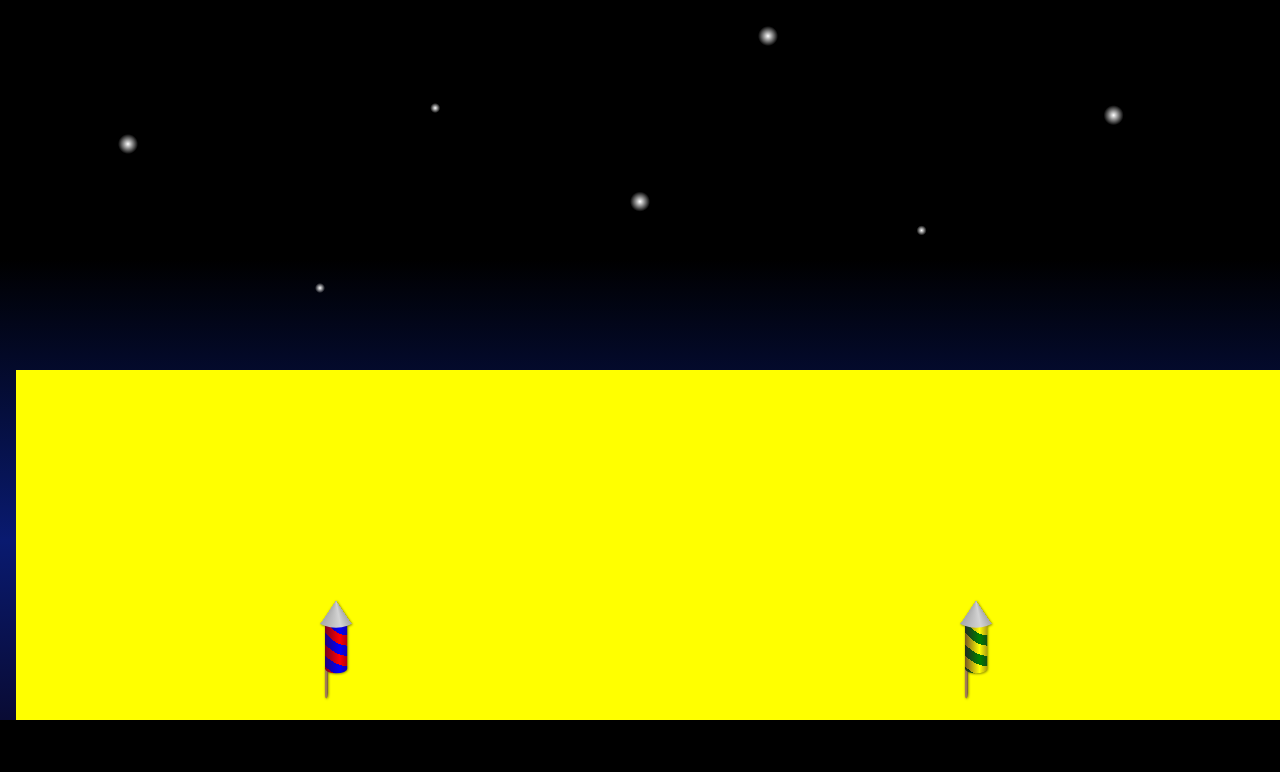
Repository: juliandecloe/CSS-To-The-Rescue---Julian-de-Cloe
Page: index.html
The author's editor kept a copy of each file at every save. The page is drawn from the files as they stood at one save, then again after the next save.
The browser window is 1280 px wide. The pictures show the whole page.

Above is the page before, as saved 2022-03-10 14:53:16.

### index.html
<!DOCTYPE html>
<html lang="en">
	<head>
		<meta charset="UTF-8">
		<meta name="viewport" content="width=device-width, initial-scale=1.0">
		<title>The Anticlimax Fireworkshow!</title>
		<link rel="stylesheet" href="style.css">
	</head>
	<body>
		<input id="left" type="checkbox">
		<input id="right" type="checkbox">

		<main>
			<section>
				<label for="left">
					<figure></figure>
					<figure></figure>
					<figure></figure>
				</label>
				<ul>
					<li>
						<ul>
							<li></li>
							<li></li>
							<li></li>
							<li></li>
							<li></li>
						</ul>
					</li>
					<li>
						<ul>
							<li></li>
							<li></li>
							<li></li>
							<li></li>
							<li></li>
						</ul>
					</li>
					<li>
						<ul>
							<li></li>
							<li></li>
							<li></li>
							<li></li>
							<li></li>
						</ul>
					</li>
					<li>
						<ul>
							<li></li>
							<li></li>
							<li></li>
							<li></li>
							<li></li>
						</ul>
					</li>
					<li>
						<ul>
							<li></li>
							<li></li>
							<li></li>
							<li></li>
							<li></li>
						</ul>
					</li>
					<li>
						<ul>
							<li></li>
							<li></li>
							<li></li>
							<li></li>
							<li></li>
						</ul>
					</li>
					<li>
						<ul>
							<li></li>
							<li></li>
							<li></li>
							<li></li>
							<li></li>
						</ul>
					</li>
					<li>
						<ul>
							<li></li>
							<li></li>
							<li></li>
							<li></li>
							<li></li>
						</ul>
					</li>
					<li>
						<ul>
							<li></li>
							<li></li>
							<li></li>
							<li></li>
							<li></li>
						</ul>
					</li>
					<li>
						<ul>
							<li></li>
							<li></li>
							<li></li>
							<li></li>
							<li></li>
						</ul>
					</li>
					<li>
						<ul>
							<li></li>
							<li></li>
							<li></li>
							<li></li>
							<li></li>
						</ul>
					</li>
					<li>
						<ul>
							<li></li>
							<li></li>
							<li></li>
							<li></li>
							<li></li>
						</ul>
					</li>
				</ul>
			</section>
			<section>
				<label for="right">
					<figure></figure>
					<figure></figure>
					<figure></figure>
				</label>
				<ul>
					<li>
						<ul>
							<li></li>
							<li></li>
							<li></li>
							<li></li>
							<li></li>
						</ul>
					</li>
					<li>
						<ul>
							<li></li>
							<li></li>
							<li></li>
							<li></li>
							<li></li>
						</ul>
					</li>
					<li>
						<ul>
							<li></li>
							<li></li>
							<li></li>
							<li></li>
							<li></li>
						</ul>
					</li>
					<li>
						<ul>
							<li></li>
							<li></li>
							<li></li>
							<li></li>
							<li></li>
						</ul>
					</li>
					<li>
						<ul>
							<li></li>
							<li></li>
							<li></li>
							<li></li>
							<li></li>
						</ul>
					</li>
					<li>
						<ul>
							<li></li>
							<li></li>
							<li></li>
							<li></li>
							<li></li>
						</ul>
					</li>
					<li>
						<ul>
							<li></li>
							<li></li>
							<li></li>
							<li></li>
							<li></li>
						</ul>
					</li>
					<li>
						<ul>
							<li></li>
							<li></li>
							<li></li>
							<li></li>
							<li></li>
						</ul>
					</li>
					<li>
						<ul>
							<li></li>
							<li></li>
							<li></li>
							<li></li>
							<li></li>
						</ul>
					</li>
					<li>
						<ul>
							<li></li>
							<li></li>
							<li></li>
							<li></li>
							<li></li>
						</ul>
					</li>
					<li>
						<ul>
							<li></li>
							<li></li>
							<li></li>
							<li></li>
							<li></li>
						</ul>
					</li>
					<li>
						<ul>
							<li></li>
							<li></li>
							<li></li>
							<li></li>
							<li></li>
						</ul>
					</li>
				</ul>
			</section>
		</main>
	</body>
</html>

### style.css
/*========== GENERAL ==========*/

:root * {
	--hoekVar: calc(360deg / 12);
	--rotate: rotate(calc( var(--hoekVar) * var(--index) ));
	--hoekVar2: calc(360deg / 5);
	--rotate2: rotate(calc( var(--hoekVar2) * var(--index2) ));
	--star1: 5px;
	--star2: 3px;
}

@property --star1 {
	syntax: '<length>';
	inherits: false;
	initial-value: 0px;
}

@property --star2 {
	syntax: '<length>';
	inherits: false;
	initial-value: 0px;
}

* {
	padding: 0;
	margin: 0;
}

body, html {
	overflow: hidden;
}

html {
	background: linear-gradient(0deg, rgba(9,11,52,1) 0%, rgba(9,26,112,1) 25%, rgba(0,0,0,1) 64%, rgba(0,0,0,1) 100%);
}

@keyframes stars {
	0% {
		--star1: 5px;
	}
	100% {
		--star1: 10px;
	}
}

@keyframes stars2 {
	0% {
		--star2: 3px;
	}
	100% {
		--star2: 6px;
	}
}

body {
	background-position: center;
	background-image:
	radial-gradient(
		circle at
			10%
			20%,
		white,
		transparent var(--star1)
	),
	radial-gradient(
		circle at
			34%
			15%,
		white,
		transparent var(--star2)
	),
	radial-gradient(
		circle at
			50%
			60%,
		white,
		transparent var(--star2)
	),
	radial-gradient(
		circle at
			60%
			80%,
		white,
		transparent var(--star2)
	),
	radial-gradient(
		circle at
			25%
			40%,
		white,
		transparent var(--star2)
	),
	radial-gradient(
		circle at
			7%
			80%,
		white,
		transparent var(--star1)
	),
	radial-gradient(
		circle at
			87%
			16%,
		white,
		transparent var(--star1)
	),
	radial-gradient(
		circle at
			76%
			79%,
		white,
		transparent var(--star2)
	),
	radial-gradient(
		circle at
			90%
			90%,
		white,
		transparent var(--star1)
	),
	radial-gradient(
		circle at
			60%
			5%,
		white,
		transparent var(--star1)
	),
	radial-gradient(
		circle at
			72%
			32%,
		white,
		transparent var(--star2)
	),
	radial-gradient(
		circle at
			50%
			28%,
		white,
		transparent var(--star1)
	),
	radial-gradient(
		circle at
			37%
			80%,
		white,
		transparent var(--star1)
	),
	radial-gradient(
		circle at
			82%
			54%,
		white,
		transparent var(--star2)
	);
	animation:
	stars 1s linear alternate infinite,
	stars2 1.5s linear alternate infinite;
}

@media (prefers-reduced-motion) {
	body {
		animation-name: dissolve;
	}
}

main {
	display: flex;
	justify-content: center;
	align-items: end;
	width: 100vw;
	height: 100vh;
	padding-left: 1rem;
}

@media (max-width: 630px) {
	main {
		transform: scale(.5) translateY(50vh);
	}
}

section {
	display: grid;
	place-items: center;
	transition: 1s ease-out;
	width: 50vw;
}

input[type="checkbox"]:not(:checked) ~ main section {
	background: yellow;
	/* animation: reload 1s linear forwards; */
}

@keyframes reload {
	0% {
		visibility: hidden;
	}
	99% {
		visibility: hidden;
	}
	100% {
		visibility: visible;
	}
}

@media (max-width: 630px) {
	section {
		width: 80vw;
	}
}

input {
	display: none;
}


/*========== FIRE ROCKET ==========*/

/*===== GENERAL =====*/

label {
	transform: scale(.3) translateY(50vh);
	z-index: 5;
	height: 350px;
	width: 120px;
	filter: drop-shadow(2px 2px 4px rgb(0,0,0,0.5));
	transition: 1s;
	cursor: pointer;
	animation: 1s
}

@media (max-width: 630px) {
	label {
		transform: scale(.5);
	}
}

section label > figure:first-child {
	border-radius: 50%;
	position: absolute;
	left: calc(50% - 55px);
	width: 110px;
	height: 130px;
	z-index: 3;
	clip-path: ellipse(90% 70% at center top);
	background-image:
		conic-gradient(
		at center top,
		transparent 146deg,
		darkgray 146deg,
		lightgray 170deg,
		darkgray 214deg,
		transparent 214deg
	);
}

section label figure:nth-child(2) {
	position: absolute;
	top: 83px;
	left: calc(50% - 37.5px);
	width: 75px;
	height: 160px;
	z-index: 2;
	background-size: 100% 100%, 600% 600%;
	background-position:left top, 40% -30%;
	border-radius: 0 0 50% 50% / 0 0 1em 1em;
}

section label > figure:nth-child(3) {
	position: absolute;
	background: #BA8C63;
	top: 220px;
	left: calc(50% - 37.5px);
	width: 10px;
	height: 110px;
	z-index: 1;
	box-shadow: inset -2px 0 8px rgb(0,0,0,0.5);
	clip-path: ellipse(10px 95px at 50% 10%);
}


/*===== COLOR ARROWS =====*/

section:first-child label figure:nth-child(2) {
	background-image:
		linear-gradient(
			to right,
			#303a 0%,
			transparent 65%,
			#3036 100%
		),
		repeating-radial-gradient(
			red 0 1em,
			blue 1em 2em
	);
}

section:nth-child(2) label figure:nth-child(2) {
	background-image:
		linear-gradient(
			to right,
			#303a 0%,
			transparent 65%,
			#3036 100%
		),
		repeating-radial-gradient(
			green 0 1em,
			yellow 1em 2em
		);
}


/*========== FIRE WORK ==========*/

/*===== LAYER 1 =====*/

section > ul {
	list-style-type: none;
	position: absolute;
	width: 1rem;
	height: 1rem;
	display: grid;
	place-items: center;
	/* background-color: #ff4; */
}

main section > ul > li {
	position: absolute;
	top: 50%;
	width: 40%;
	height: 1200%;
	transform-origin: center top;
	transform: var(--rotate);
	transition: .3s ease-out;
	transition-delay: 1s;
	display: flex;
	/* background-color: #f004; */
}

section > ul > li::after {
	content: "";
	display: block;
	background-color: green;
	width: 100%;
	height: 50%;
	transition: .2s ease-out;
	transform-origin: center top;
	transform: scaleY(0);
	position: absolute;
}

/* Color */

section:first-child > ul > li::after {
	background-color: blue;
}

section:nth-child(2) > ul > li::after {
	background-color: green;
}


/*===== LAYER 2 =====*/

section > ul > li ul {
	list-style-type: none;
	position: relative;
	width: .5em;
	aspect-ratio: 1/1;
	align-self: end;
	display: grid;
	place-items: center;
	/* background-color: #f088; */
}

section:first-child > ul > li li {
	position: absolute;
	top: 50%;
	width: 25%;
	aspect-ratio: 1/8;
	background-color: #f00;
	transform-origin: center top;
	transform: var(--rotate2) scaleY(0);
	transition: .3s ease-out;
	transition-delay: 1.8s;
}

section:nth-child(2) > ul > li li {
	position: absolute;
	width: 30%;
	height: 1200%;
	background-color: yellow;
	transform-origin: center;
	transform: var(--rotate2) scaleY(1);
	transition: .5s ease-out;
	transition-delay: 1.5s;
	visibility: hidden;
}


/*========== INTERACTION ==========*/

/*===== GENERAL =====*/

section > ul > li:nth-of-type(1) { --index:1; }
section > ul > li:nth-of-type(2) { --index:2; }
section > ul > li:nth-of-type(3) { --index:3; }
section > ul > li:nth-of-type(4) { --index:4; }
section > ul > li:nth-of-type(5) { --index:5; }
section > ul > li:nth-of-type(6) { --index:6; }
section > ul > li:nth-of-type(7) { --index:7; }
section > ul > li:nth-of-type(8) { --index:8; }
section > ul > li:nth-of-type(9) { --index:9; }
section > ul > li:nth-of-type(10) { --index:10; }
section > ul > li:nth-of-type(11) { --index:11; }
section > ul > li:nth-of-type(12) { --index:12; }

ul > li li:nth-of-type(1) { --index2:1; }
ul > li li:nth-of-type(2) { --index2:2; }
ul > li li:nth-of-type(3) { --index2:3; }
ul > li li:nth-of-type(4) { --index2:4; }
ul > li li:nth-of-type(5) { --index2:5; }

/* Rocket */

input:first-child[type="checkbox"]:checked ~ main section:first-child, input:nth-child(2)[type="checkbox"]:checked ~ main section:nth-child(2) {
	transform: translateY(-50vh);
	background: none;
}

@media (max-width: 630px) {
	input:first-child[type="checkbox"]:checked ~ main section:first-child, input:nth-child(2)[type="checkbox"]:checked ~ main section:nth-child(2) {
		transform: translateY(-90vh);
	}
}

input:first-child[type="checkbox"]:checked ~ main section:first-child label, input:nth-child(2)[type="checkbox"]:checked ~ main section:nth-child(2) label {
	transform: scale(.5, .3);
	animation: explode 1s 1s ease-in forwards;
}

/* Explode 1 */

input:first-child[type="checkbox"]:checked ~ main section:first-child > ul, input:nth-child(2)[type="checkbox"]:checked ~ main section:nth-child(2) > ul {
	visibility: visible;
}

input:first-child[type="checkbox"]:checked ~ main section:first-child > ul > li, input:nth-child(2)[type="checkbox"]:checked ~ main section:nth-child(2) > ul > li {
	transform: var(--rotate) translateY(2em);

}

input:first-child[type="checkbox"]:checked ~ main section:first-child > ul > li::after, input:nth-child(2)[type="checkbox"]:checked ~ main section:nth-child(2) > ul > li::after {
	animation: after .3s 1s ease-out forwards;
}


/*===== ARROW 1 =====*/

input:first-child[type="checkbox"]:checked ~ main section:first-child > ul > li li {
	animation: lili .3s 1.5s ease-out forwards;
}


/*===== ARROW 2 =====*/

input:nth-child(2)[type="checkbox"]:checked ~ main section:nth-child(2) > ul > li li {
	visibility: visible;
	transform: var(--rotate1) scaleY(6) translateY(2em);
	opacity: 0;
}


/*========== ANIMATIONS ==========*/

@keyframes explode {
	0% {
		visibility: hidden;
	}
	99% {
		visibility: hidden;
	}
	100% {
		transform: translateY(65vh) scale(.3);
		visibility: visible;
	}
}

@keyframes after {
	0% {
		transform: scaleY(0);
	}
	33% {
		transform: scaleY(1) ;
	}
	67% {
		transform: translateY(100%) scaleY(1) ;
	}
	99% {
		transform: translateY(200%) scaleY(0) ;
	}
	100% {
		transform: translateY(0) scaleY(0) ;
	}
}

@keyframes lili {
	0% {
		transform: var(--rotate2) translateY(0) scaleY(0);
	}
	50% {
		transform: var(--rotate2) translateY(0) scaleY(3);
	}
	99% {
		transform: var(--rotate2) translateY(400%) scaleY(0);
	}
	100% {
		transform: var(--rotate2) translateY(0) scaleY(0);
	}
}

After the next save:
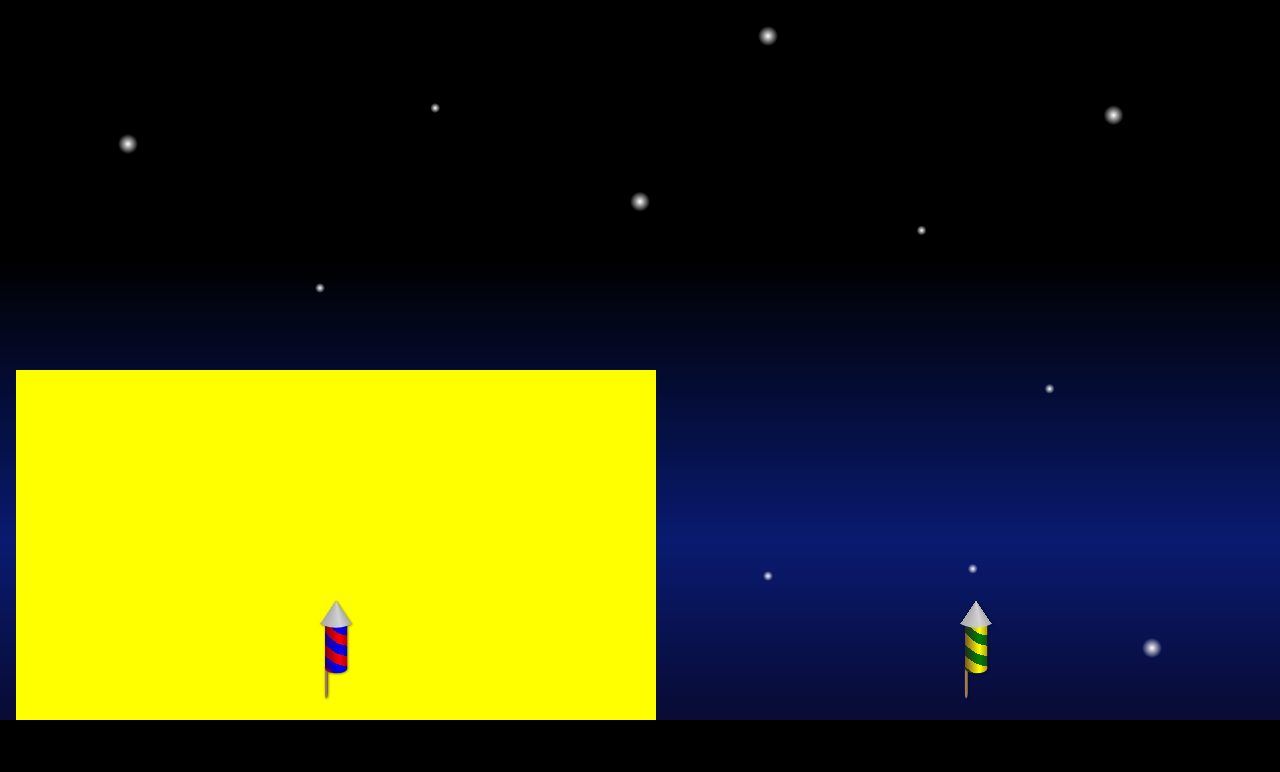
Saved 9 s later.
--- a/style.css
+++ b/style.css
@@ -186,7 +186,7 @@ section {
 	width: 50vw;
 }
 
-input[type="checkbox"]:not(:checked) ~ main section {
+input[type="checkbox"]:not(:checked) ~ main section:first-child {
 	background: yellow;
 	/* animation: reload 1s linear forwards; */
 }
